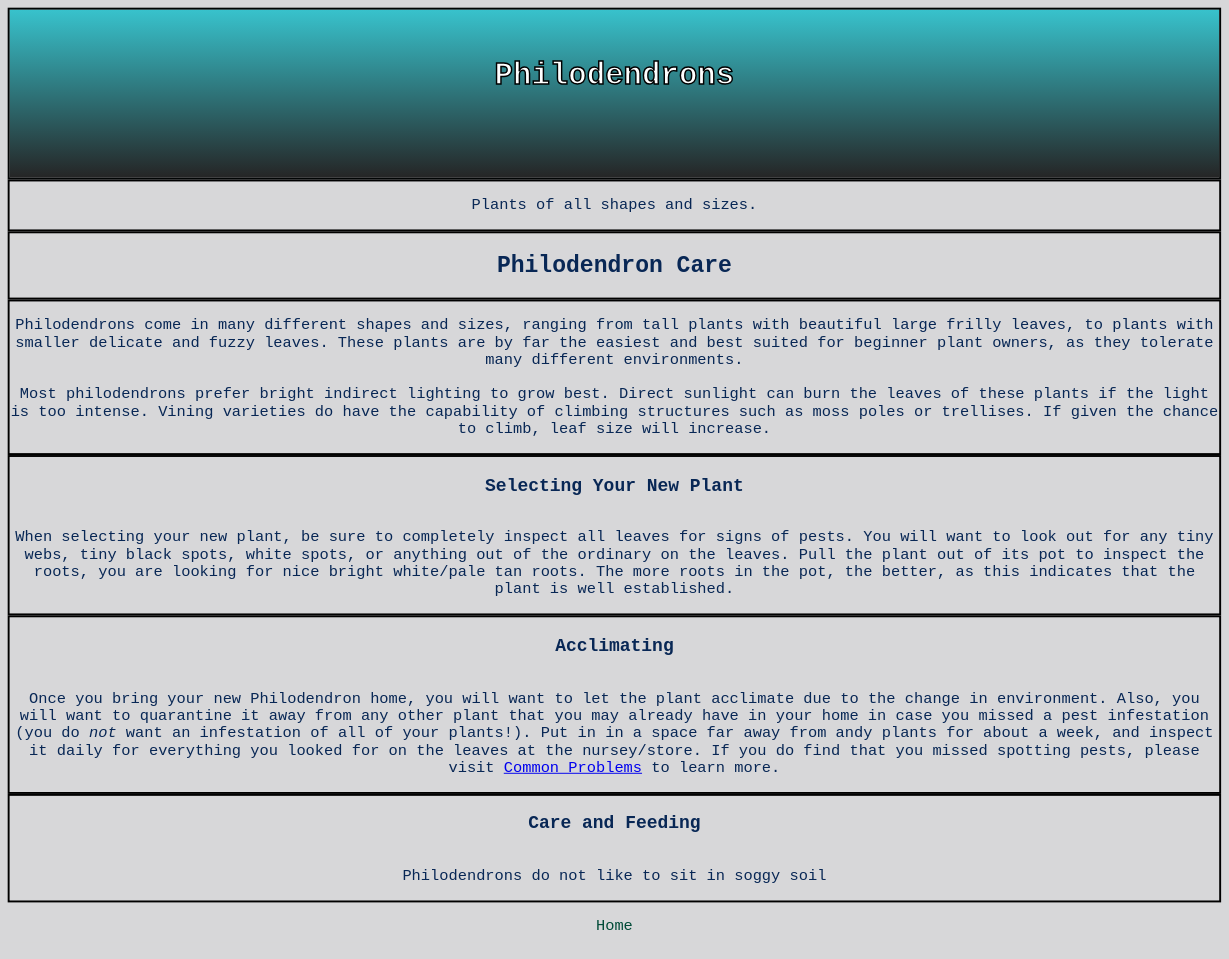
Repository: swillis91/odin-recipies
Page: Planty Page/philodendrons.html
These files come from the project's save history. The page is drawn as it stood at one moment and after the next save; the edit follows.
The browser window is 1280 px wide. The pictures show the whole page, at 96% of full size.

Above is the page before, as saved 2023-08-14 23:49:51.

### Planty Page/philodendrons.html
<!DOCTYPE html>
    <html>
        <head>
            <title>Calatheas</title>
            <link href="style.css" rel="stylesheet"
        </head>
        <body>
            <div class="Header">
            <h1 class="heading">Philodendrons</h1>
            </div>
            <div class="box">
              <p>Plants of all shapes and sizes.</p>
            </div>
            <div class="box">
            <h2 class="species">Philodendron Care</h2>
            </div>
            <div class="box">
                <p class="care">Philodendrons come in many different shapes and sizes, ranging from tall plants with beautiful large frilly leaves, to plants with smaller delicate and fuzzy leaves. These plants are by far the easiest and best suited for beginner plant owners, as they tolerate many different environments.
                <br>
                <br>
                Most philodendrons prefer bright indirect lighting to grow best. Direct sunlight can burn the leaves of these plants if the light is too intense. Vining varieties do have the capability of climbing structures such as moss poles or trellises. If given the chance to climb, leaf size will increase.</p>
            </div>
            <div class="box">
                <h3>Selecting Your New Plant</h3>
                <p>When selecting your new plant, be sure to completely inspect all leaves for signs of pests. You will want to look out for any tiny webs, tiny black spots, white spots, or anything out of the ordinary on the leaves. Pull the plant out of its pot to inspect the roots, you are looking for nice bright white/pale tan roots. The more roots in the pot, the better, as this indicates that the plant is well established.</p>
            </div>
            <div class="box">
                <h3>Acclimating</h3>
                <p>Once you bring your new Philodendron home, you will want to let the plant acclimate due to the change in environment. Also, you will want to quarantine it away from any other plant that you may already have in your home in case you missed a pest infestation (you do <em>not</em> want an infestation of all of your plants!). Put in in a space far away from andy plants for about a week, and inspect it daily for everything you looked for on the leaves at the nursey/store. If you do find that you missed spotting pests, please visit <a href='./problems'>Common Problems</a> to learn more.</p>
            </div>
            <div class="box">
                <h3>Care and Feeding</h3>
                    <p>Philodendrons do not like to sit in soggy soil</p>
            </div>
              </p>
                <!--img src="./Images/makoyana.webp" id="calathea makoyana" width="700px"-->
            <footer>
                <nav>
                    <a href="./index.html" class="navigation">Home</a>

                </nav>
            </footer>
        </body>
    </html>

### Planty Page/style.css
body{
    background-color: rgb(215, 215, 217);
    color:rgb(8, 39, 85);
    text-align: center;
    font-family: 'Permanent Marker', cursive;
    font-family: 'Space Mono', monospace;
}

.heading{
    color: rgb(0, 0, 0);
    -webkit-text-fill-color: rgb(255, 255, 255);
    -webkit-text-stroke-width: 1.5px;
    -webkit-text-stroke-color: rgb(0, 0, 0);
    text-transform: capitalize;
    border: 2px solid rgb(0, 3, 3);
    background-image: linear-gradient(rgba(15, 189, 201, 0.795), rgba(0, 0, 0, 0.827));
    height: 75px;
    margin: 0 auto;
    padding:50px 20px;

}

div.box{
    border:2px solid black;
    display: flex;
    margin-left: auto;
    flex-direction:column;
    align-content: center;
}

#calathea-makoyana{
    width: 500px;
    Height: auto:
}

.navigation{
    color:rgb(1, 75, 56);
    text-decoration: none;
}

a:hover{
    color: rgb(20, 220, 2);
    background-color: rgb(5, 55, 1);
}

After the next save:
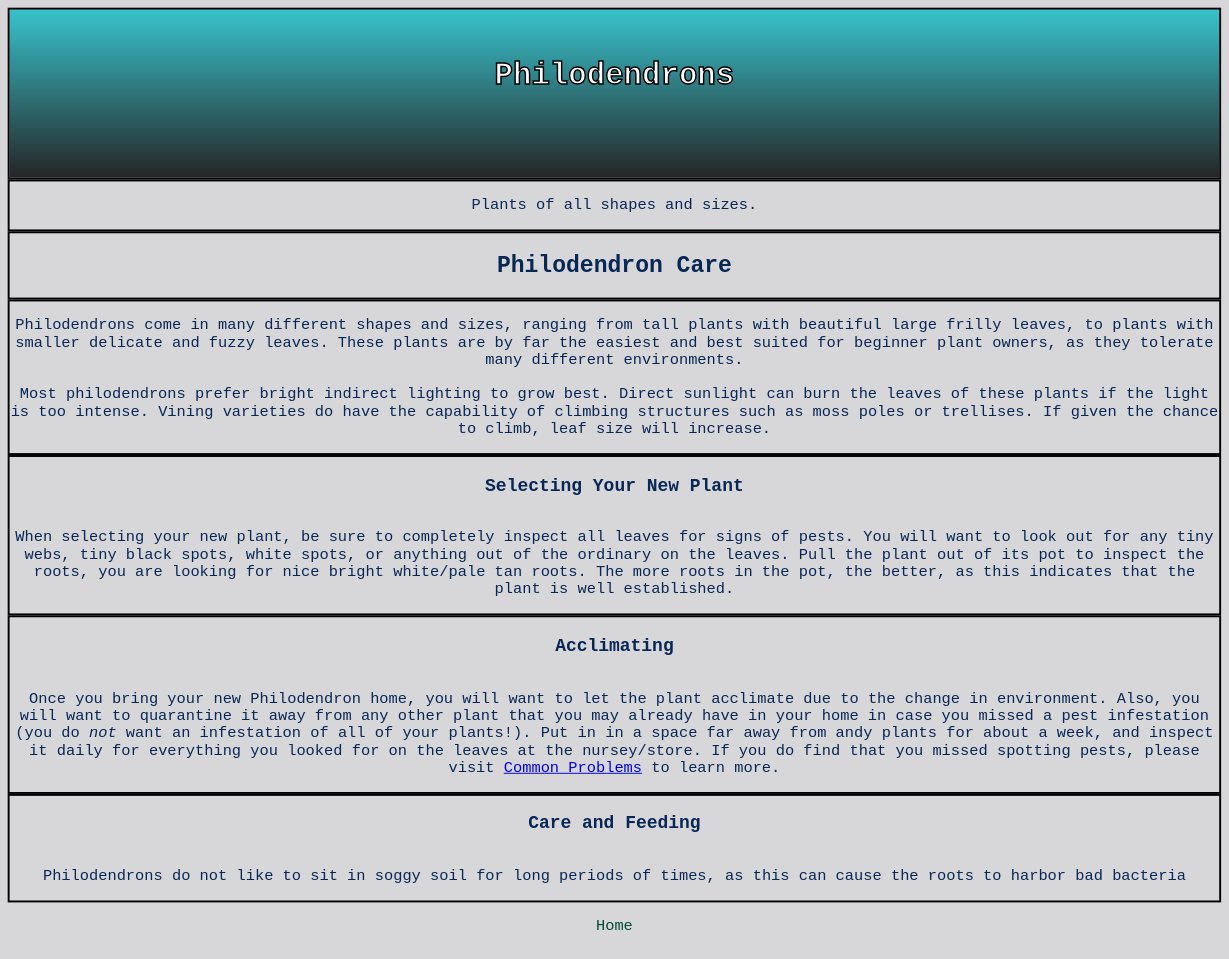
Saved 23 s later.
--- a/Planty Page/philodendrons.html
+++ b/Planty Page/philodendrons.html
@@ -30,7 +30,7 @@
             </div>
             <div class="box">
                 <h3>Care and Feeding</h3>
-                    <p>Philodendrons do not like to sit in soggy soil</p>
+                    <p>Philodendrons do not like to sit in soggy soil for long periods of times, as this can cause the roots to harbor bad bacteria</p>
             </div>
               </p>
                 <!--img src="./Images/makoyana.webp" id="calathea makoyana" width="700px"-->
